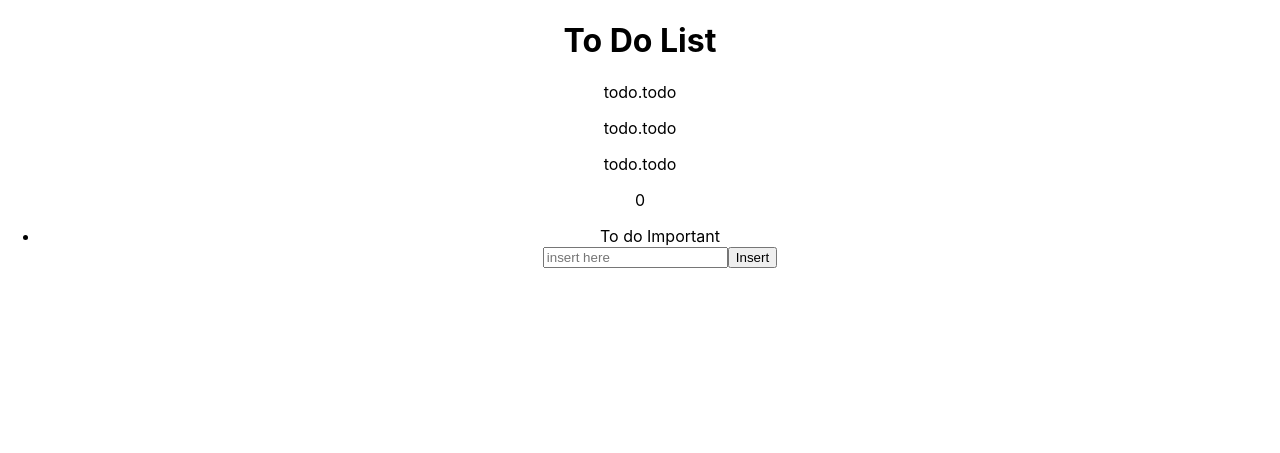
Repository: runner855/Todolist
Page: /
These files come from the project's save history. The page is drawn as it stood at one moment and after the next save; the edit follows.
The browser window is 1280 px wide. The pictures show the whole page.
The project was rebuilt for these pictures with package versions that can differ from the ones it lists, and the page was loaded fresh each time.

Above is the page before, as saved 2021-03-29 16:10:58.

After the next save:
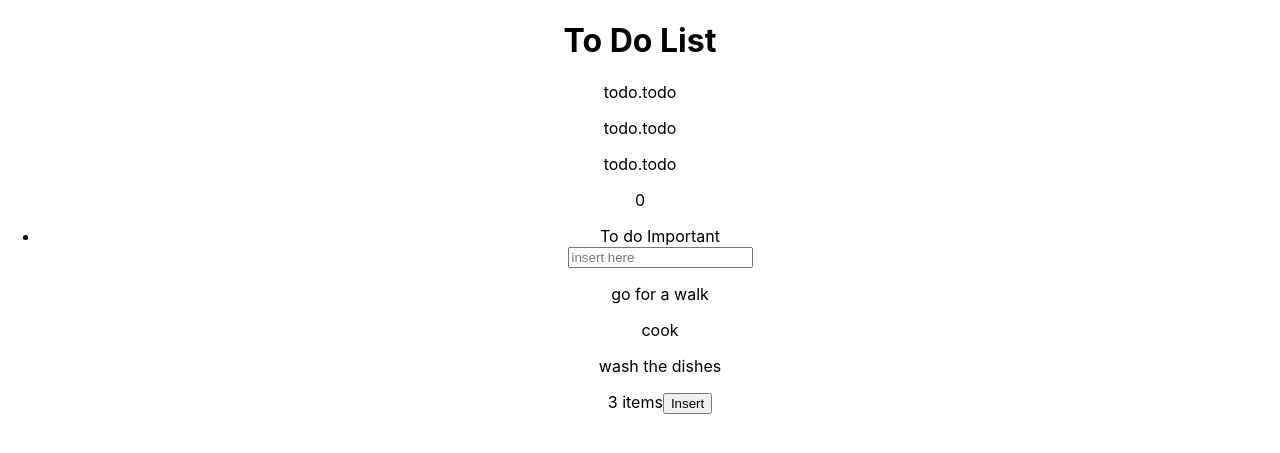
Saved 9 min 56 s later.
--- a/src/App.js
+++ b/src/App.js
@@ -1,3 +1,4 @@
+import { findAllByTestId } from "@testing-library/dom";
 import React, { useState, useEffect } from "react";
 import "./App.css";
 
@@ -18,6 +19,15 @@ function App({ saveTodo }) {
     },
   ]);
 
+  const createNewTodo = () => {
+    let todosArray = [...todos];
+    todosArray.push({
+      todo: currentTodo,
+      isCompleted: false,
+    });
+    setTodos(todosArray);
+  };
+
   return (
     <div className="App">
       <h1>To Do List</h1>
@@ -37,12 +47,19 @@ function App({ saveTodo }) {
             placeholder="insert here"
             name="first task"
             onChange={(e) => {
+              setCurrentTodo(e.target.value);
+            }}
+            onKeyPress={(e) => {
               if (e.key === "Enter") {
                 createNewTodo(currentTodo);
                 setCurrentTodo("");
               }
             }}
           />
+          {todos.map((todo, index) => (
+            <p>{todo.todo}</p>
+          ))}
+          {todos.length > 0 && `${todos.length} items`}
           <button
             onSubmit={(event) => {
               event.preventDefault();
